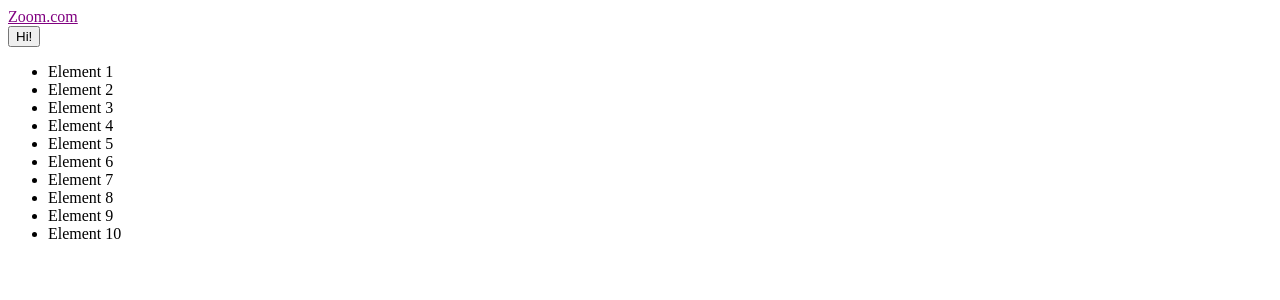
Repository: nottonofclay/csi_waymo
Page: pseudoclasses/pseudoclasses.html
An editor plug-in stored every save of this project. The page is shown before and after the next save, followed by the edit.
The browser window is 1280 px wide. The pictures show the whole page.

Above is the page before, as saved 2023-07-06 11:48:21.

### pseudoclasses/pseudoclasses.html
<!DOCTYPE html>
<html lang="en">
<head>
    <meta charset="UTF-8">
    <meta name="viewport" content="width=device-width, initial-scale=1.0">
    <title>Document</title>
    <link rel="stylesheet" href="pseudoclasses.css">
</head>
<body>
    <a href="https://www.zoom.com">Zoom.com</a>
    <br>
    <button>Hi!</button>
    <ul>
        <li>Element 1</li>
        <li>Element 2</li>
        <li>Element 3</li>
        <li>Element 4</li>
        <li>Element 5</li>
        <li>Element 6</li>
        <li>Element 7</li>
        <li>Element 8</li>
        <li>Element 9</li>
        <li>Element 10</li>
    </ul>
</body>
</html>

### pseudoclasses/pseudoclasses.css
a:link {
    color:purple;
}

After the next save:
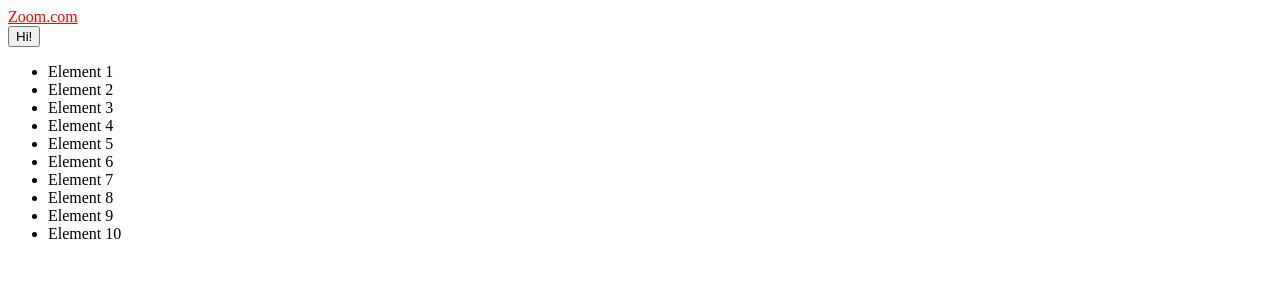
Saved 5 s later.
--- a/pseudoclasses/pseudoclasses.css
+++ b/pseudoclasses/pseudoclasses.css
@@ -1,3 +1,3 @@
 a:link {
-    color:purple;
+    color:red;
 }
